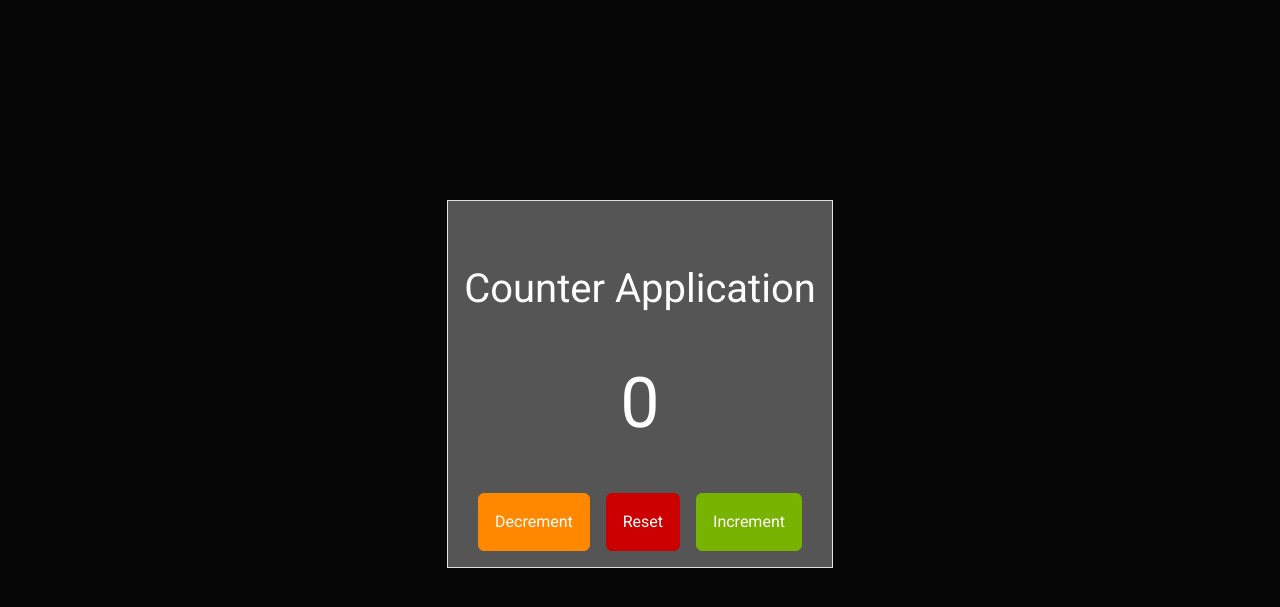
Repository: Afraz13/Emoboo
Page: /
The author's editor kept a copy of each file at every save. The page is drawn from the files as they stood at one save, then again after the next save.
The browser window is 1280 px wide. The pictures show the whole page.
The project was rebuilt for these pictures with package versions that can differ from the ones it lists, and the page was loaded fresh each time.

Above is the page before, as saved 2024-08-15 16:06:42.

After the next save:
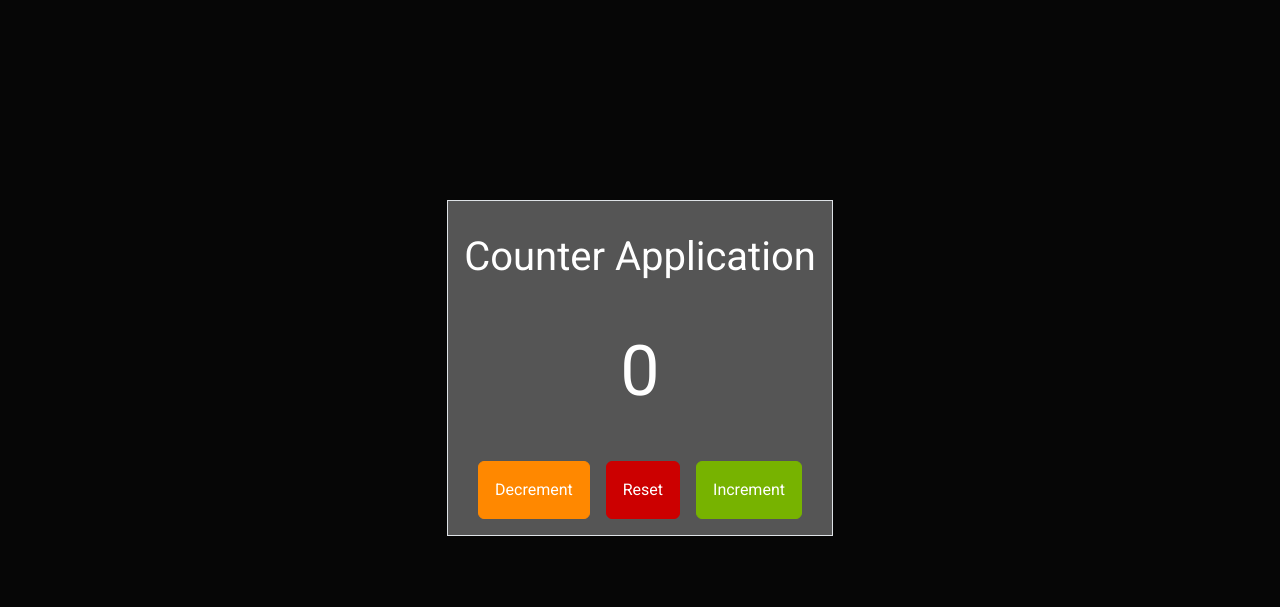
Saved 13 s later.
--- a/src/compontent/Counter.jsx
+++ b/src/compontent/Counter.jsx
@@ -10,7 +10,7 @@ function Counter() {
   return (
     <div style={{marginTop:'200px'}} className='d-flex justify-content-center align-items-center w-100  flex-column   '>
         <div className='border p-3 bg-secondary '>
-            <h3 className='mt-5 mb-5'>Counter Application</h3>
+            <h3 className='mt-3 mb-5'>Counter Application</h3>
         <h1 style={{fontSize:'70px'}}>{count}</h1>
         <div className='mt-5'>
             <button onClick={()=>dispatch(decrement())} className='btn btn-warning p-3'>Decrement</button>
